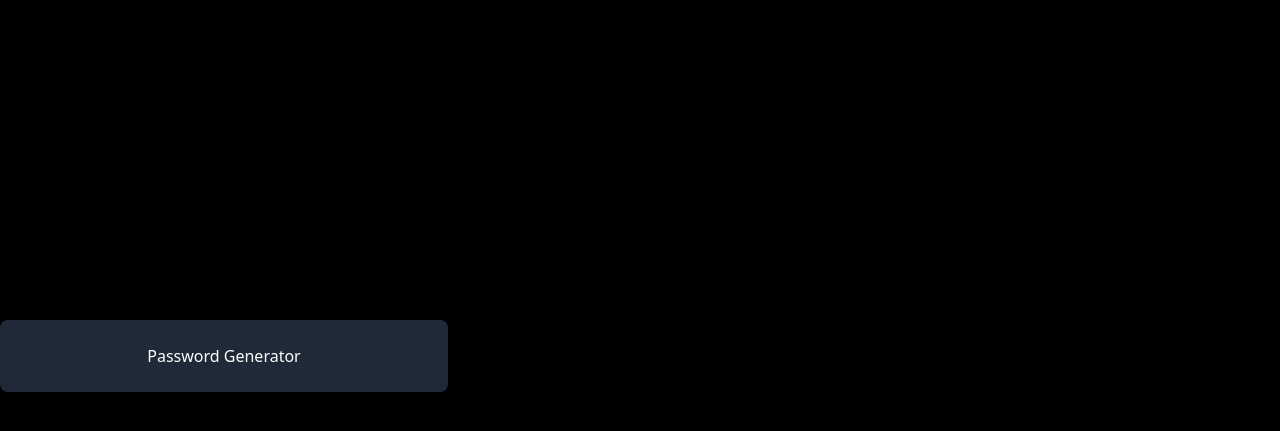
Repository: Abdul-Moeid-Rao/React-Projects
Page: / (app in 05passwordGenrator/)
These files come from the project's save history. The page is drawn as it stood at one moment and after the next save; the edit follows.
The browser window is 1280 px wide. The pictures show the whole page.
The project was rebuilt for these pictures with package versions that can differ from the ones it lists, and the page was loaded fresh each time. Also part of the build but not shown: 05passwordGenrator/vite.config.js.

Above is the page before, as saved 2024-07-14 21:18:06.

After the next save:
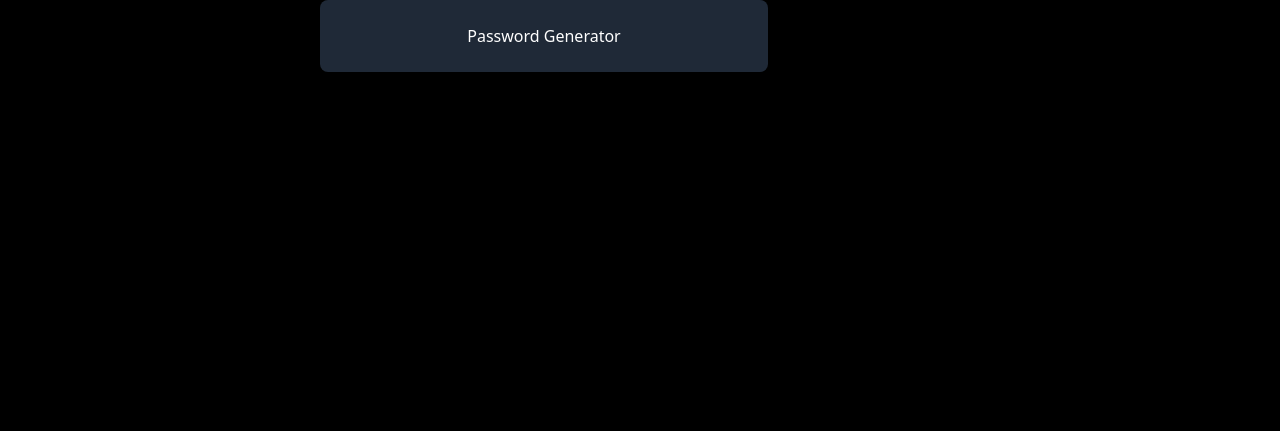
Saved 15 s later.
--- a/05passwordGenrator/src/App.jsx
+++ b/05passwordGenrator/src/App.jsx
@@ -26,7 +26,7 @@ function App() {
   }, [length, number, char, passGenerator])
 
   return (
-    <div className='w-full max-w-md max-auto shadow-md rounded-lg px-4 py-3 my-80 bg-gray-800 text-orange-500 justify-center'>
+    <div className='w-full max-w-md max-auto shadow-md rounded-lg px-4 py-3 mx-80 bg-gray-800 text-orange-500 justify-center'>
       <h1 className='text-white text-center my-3'>Password Generator</h1>
     </div>
   )
